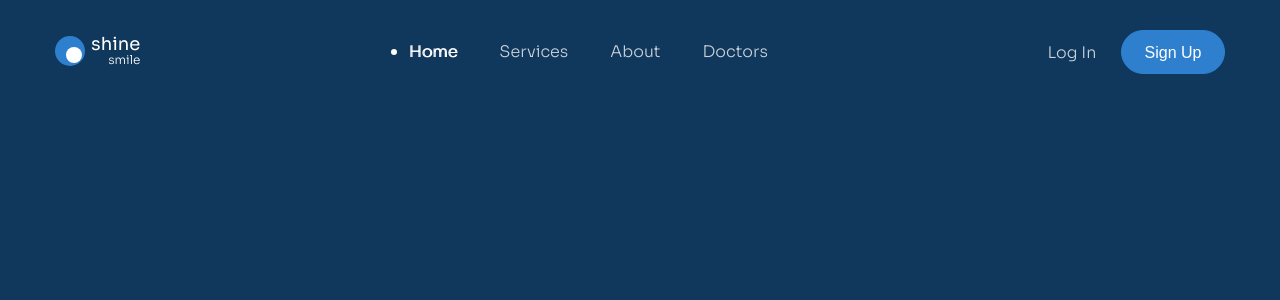
Repository: anhtien111198/f8-htmlcss-03
Page: index.html
The author's editor kept a copy of each file at every save. The page is drawn from the files as they stood at one save, then again after the next save.
The browser window is 1280 px wide. The pictures show the whole page.

Above is the page before, as saved 2023-05-12 10:46:54.

### index.html
<!DOCTYPE html>
<html lang="en">
    <head>
        <meta charset="UTF-8" />
        <meta http-equiv="X-UA-Compatible" content="IE=edge" />
        <meta name="viewport" content="width=device-width, initial-scale=1.0" />
        <title>shine smile</title>
        <!-- favicon -->
        <link
            rel="apple-touch-icon"
            sizes="57x57"
            href="./assets/favicon/apple-icon-57x57.png"
        />
        <link
            rel="apple-touch-icon"
            sizes="60x60"
            href="./assets/favicon/apple-icon-60x60.png"
        />
        <link
            rel="apple-touch-icon"
            sizes="72x72"
            href="./assets/favicon/apple-icon-72x72.png"
        />
        <link
            rel="apple-touch-icon"
            sizes="76x76"
            href="./assets/favicon/apple-icon-76x76.png"
        />
        <link
            rel="apple-touch-icon"
            sizes="114x114"
            href="./assets/favicon/apple-icon-114x114.png"
        />
        <link
            rel="apple-touch-icon"
            sizes="120x120"
            href="./assets/favicon/apple-icon-120x120.png"
        />
        <link
            rel="apple-touch-icon"
            sizes="144x144"
            href="./assets/favicon/apple-icon-144x144.png"
        />
        <link
            rel="apple-touch-icon"
            sizes="152x152"
            href="./assets/favicon/apple-icon-152x152.png"
        />
        <link
            rel="apple-touch-icon"
            sizes="180x180"
            href="./assets/favicon/apple-icon-180x180.png"
        />
        <link
            rel="icon"
            type="image/png"
            sizes="192x192"
            href="./assets/favicon/android-icon-192x192.png"
        />
        <link
            rel="icon"
            type="image/png"
            sizes="32x32"
            href="./assets/favicon/favicon-32x32.png"
        />
        <link
            rel="icon"
            type="image/png"
            sizes="96x96"
            href="./assets/favicon/favicon-96x96.png"
        />
        <link
            rel="icon"
            type="image/png"
            sizes="16x16"
            href="./assets/favicon/favicon-16x16.png"
        />
        <link rel="manifest" href="./assets/favicon/manifest.json" />
        <meta name="msapplication-TileColor" content="#ffffff" />
        <meta
            name="msapplication-TileImage"
            content="./assets/favicon/ms-icon-144x144.png"
        />
        <meta name="theme-color" content="#ffffff" />
        <!-- font -->
        <link rel="preconnect" href="https://fonts.googleapis.com" />
        <link rel="preconnect" href="https://fonts.gstatic.com" crossorigin />
        <link
            href="https://fonts.googleapis.com/css2?family=Sora:wght@200;300;400;500;600;700;800&display=swap"
            rel="stylesheet"
        />
        <!-- reset css -->
        <link rel="stylesheet" href="./assets/css/reset.css" />
        <!-- style css -->
        <link rel="stylesheet" href="./assets/css/style.css" />
    </head>
    <body>
        <header class="header">
            <div class="container">
                <div class="header-top">
                    <!-- logo -->
                    <a href="/">
                        <div class="logo">
                            <span class="logo__circle"></span>
                            <span class="logo__text">
                                <span class="logo__brand">shine</span>
                                <span class="logo__brand logo__brand--small">
                                    smile
                                </span>
                            </span>
                        </div>
                    </a>
                    <!-- navbar -->
                    <nav class="navbar">
                        <ul class="navbar__list">
                            <li class="navbar__item">
                                <a
                                    href="#!"
                                    class="navbar__link navbar__link--active"
                                >
                                    Home
                                </a>
                            </li>
                            <li class="navbar__item">
                                <a href="#!" class="navbar__link">Services</a>
                            </li>
                            <li class="navbar__item">
                                <a href="#!" class="navbar__link">About</a>
                            </li>
                            <li class="navbar__item">
                                <a href="#!" class="navbar__link">Doctors</a>
                            </li>
                        </ul>
                    </nav>
                    <!-- action -->
                    <div class="action">
                        <a href="#!" class="action__login">Log In</a>
                        <button href="#!" class="btn action__signup">
                            Sign Up
                        </button>
                    </div>
                </div>
            </div>
        </header>
    </body>
</html>

### assets/css/style.css
* {
    box-sizing: border-box;
}
:root {
    --header-bg: #10375c;
}
html {
    font-size: 62.5%;
}
body {
    font-size: 1.6rem;
    font-family: "Sora", sans-serif;
}
/* ======Common========= */
a {
    text-decoration: none;
}
.container {
    width: 1170px;
    max-width: calc(100% - 48px);
    margin: 0 auto;
}
.btn {
    --height: 60px;
    display: inline-block;
    min-width: 205px;
    height: var(--height);
    padding: 0 20px;
    border-radius: 99px;
    border: 1px solid #2e80ce;
    font-size: 1.6rem;
    font-weight: 400;
    line-height: var(--height);
    color: #fff;
    text-align: center;
    background: #2e80ce;
}
.btn:hover {
    opacity: 0.9;
    cursor: pointer;
}
/* ========header============= */
.header {
    min-height: 100vh;
    padding-top: 30px;
    background: var(--header-bg);
}
.logo {
    position: relative;
    display: inline-flex;
    font-size: 1rem;
}
.logo__circle::after,
.logo__circle::before {
    content: "";
    display: inline-block;
    border-radius: 50%;
}
.logo__circle::before {
    width: 3em;
    height: 3em;
    background: #2e80ce;
}
.logo__circle::after {
    position: absolute;
    top: 1.1em;
    left: 1.1em;
    width: 1.6em;
    height: 1.6em;
    background: #ffffff;
}
.logo__text {
    margin-left: 0.6em;
    text-align: right;
    line-height: 1.6em;
}
.logo__brand {
    display: block;
    font-size: 1.8em;
    font-weight: 400;
    color: #ffffff;
}
.logo__brand--small {
    font-size: 1.2em;
    font-weight: 300;
}
/* ========Header top========== */
.header-top {
    display: flex;
    align-items: center;
    justify-content: space-between;
}
.navbar__list {
    display: flex;
}
.action__login,
.navbar__link {
    padding: 4px 21px;
    font-weight: 300;
    font-size: 1.6rem;
    color: #c9d2da;
}
.navbar__link:hover,
.navbar__link--active {
    color: #fff;
    text-shadow: 1px 0 0 currentColor;
}
.navbar__link--active::before {
    position: relative;
    top: -2px;
    left: -8px;
    content: "";
    display: inline-block;
    width: 6px;
    height: 6px;
    border-radius: 50%;
    background: #fff;
}
.action__signup {
    --height: 44px;
    min-width: 104px;
}

Loaded but not shown: assets/css/reset.css (common file)

After the next save:
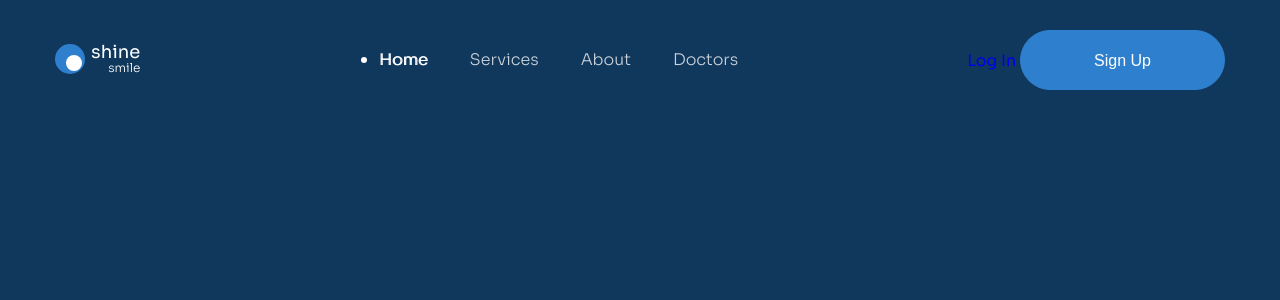
Saved 2 min 55 s later.
--- a/index.html
+++ b/index.html
@@ -133,9 +133,9 @@
                         </ul>
                     </nav>
                     <!-- action -->
-                    <div class="action">
-                        <a href="#!" class="action__login">Log In</a>
-                        <button href="#!" class="btn action__signup">
+                    <div class="header-action">
+                        <a href="#!" class="header-action__login">Log In</a>
+                        <button href="#!" class="btn header-action__signup">
                             Sign Up
                         </button>
                     </div>
